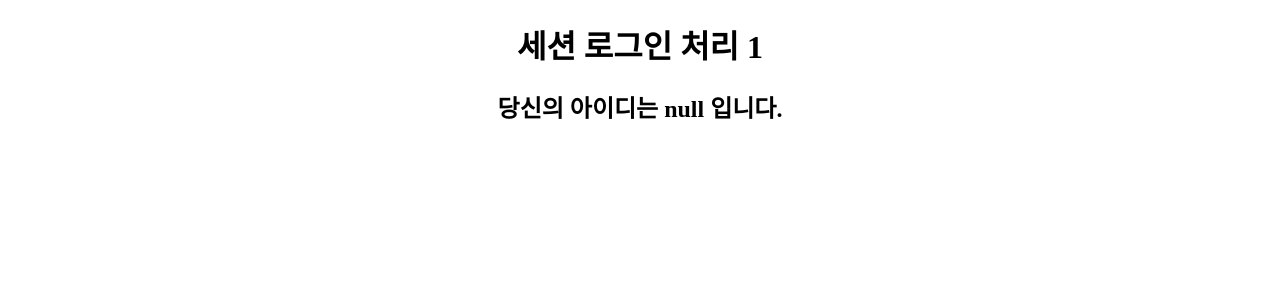
Repository: kdw1437/CreateBoardProject
Page: http://localhost/CookieSession/SessionLoginProc2.jsp
The author's editor kept a copy of each file at every save. The page is drawn from the files as they stood at one save, then again after the next save.
The browser window is 1280 px wide. The pictures show the whole page.
The page is served by Tomcat 9.

Above is the page before, as saved 2024-08-07 00:50:00.

After the next save:
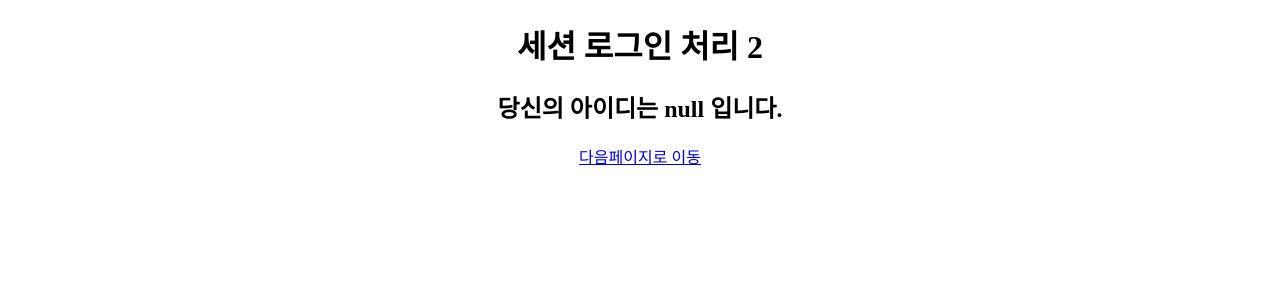
Saved 58 s later.
--- a/CookieSession/src/main/webapp/SessionLoginProc2.jsp
+++ b/CookieSession/src/main/webapp/SessionLoginProc2.jsp
@@ -5,7 +5,7 @@
 <body>
 
 	<center>
-		<h1> 세션 로그인 처리 1 </h1>
+		<h1> 세션 로그인 처리 2 </h1>
 
 
 
@@ -19,6 +19,7 @@
 %>
 		<h2> 당신의 아이디는 <%=id %> 입니다. </h2>
 
+		<a href="SessionLoginProc2.jsp"> 다음페이지로 이동 </a>
 	</center>
 
 
